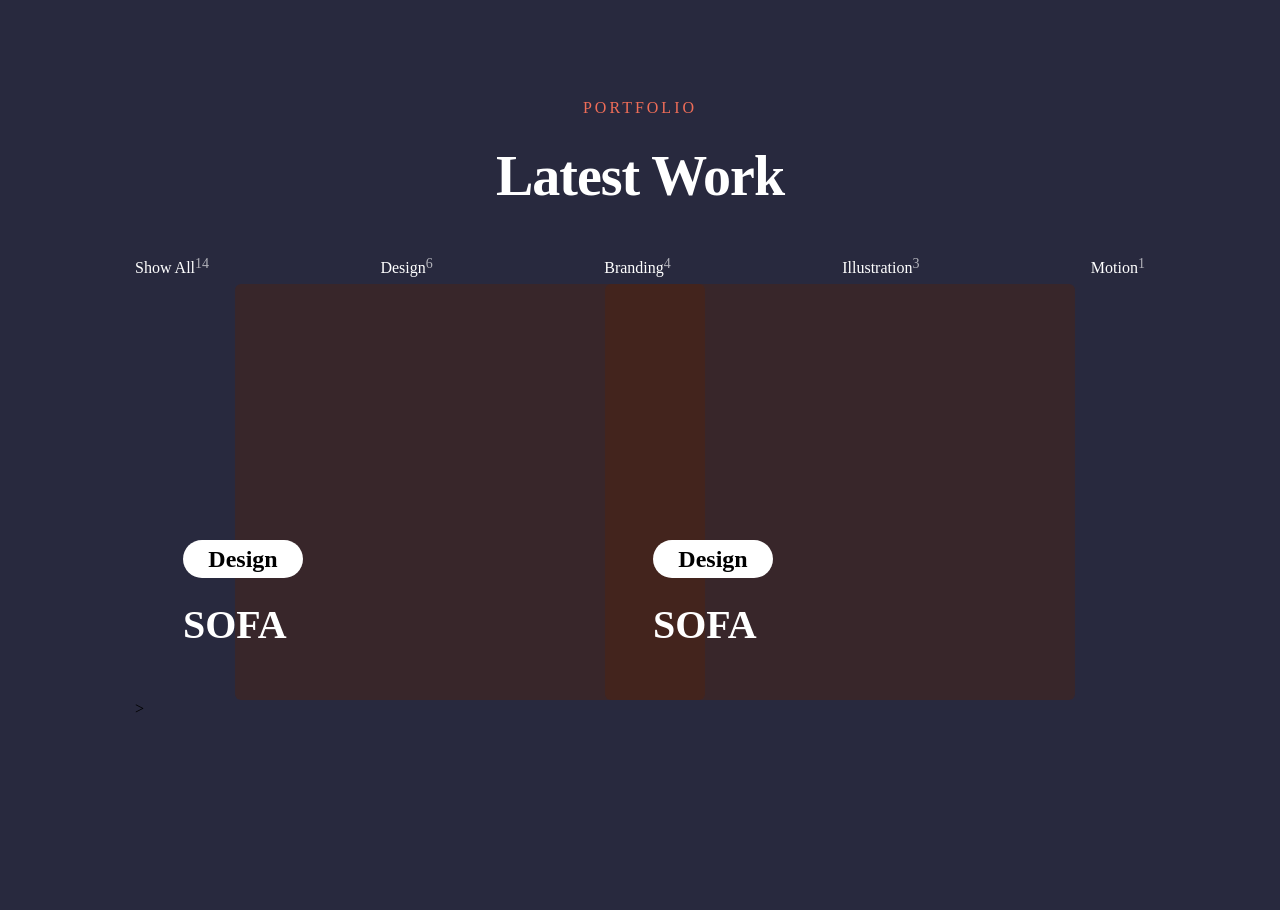
Repository: kubrazamanova/Position-3
Page: index.html
An editor plug-in stored every save of this project. The page is shown before and after the next save, followed by the edit.
The browser window is 1280 px wide. The pictures show the whole page.

Above is the page before, as saved 2023-10-21 11:11:29.

### index.html
<!DOCTYPE html>
<html lang="en">
  <head>
    <meta charset="UTF-8" />
    <meta name="viewport" content="width=device-width, initial-scale=1.0" />
    <link rel="stylesheet" href="index.css" />
    <title>Document</title>
  </head>
  <body>
    <div class="container">
      <div class="box-1">
        <h1>Portfolio</h1>
        <b>Latest Work</b>
      </div>

      <div class="number">
        <ul>
          <li>
            <p>Show All</p>
            <b>14</b>
          </li>

          <li>
            <p>Design</p>
            <b>6</b>
          </li>

          <li>
            <p>Branding</p>
            <b>4</b>
          </li>

          <li>
            <p>Illustration</p>
            <b>3</b>
          </li>

          <li>
            <p>Motion</p>
            <b>1</b>
          </li>
        </ul>
      </div>

<div class="image-container">
  <div class="box-1-container">
    <div class="box box-one">
      <img src="./image/01.svg" alt="" />
      <h2 class="design">Design</h2>
      <b>SOFA</b>
    </div>

    <div class="box box-two">
      <img src="./image/01.svg" alt="" />
      <h2 class="design">Design</h2>
      <b>SOFA</b>
    </div>


  </div>
  <div class="box-2-container">

  </div>
</div>



>
<!--
      <div class="bej-square">
        <img src="./image/02.svg" alt="" />
        <h2>Illustration</h2>

        <div class="bej-01">
          <b>Work Media</b>
        </div>
      </div> -->
    </div>
  </body>
</html>

### index.css
* {
  margin: 0;
  padding: 0;
  box-sizing: border-box;
}

.container {
  padding: 92px 135px 192px 135px;
  min-height: 100vh;
  background: #28293e;
}
.container .box-1 {
  display: flex;
  flex-direction: column;
}

.container .box-1 h1 {
  margin-bottom: 20px;
  color: var(--Text_Light_Accent, #ef6d58);
  text-align: center;
  font-family: Epilogue;
  font-size: 16px;
  font-style: normal;
  font-weight: 400;
  line-height: 32px;
  letter-spacing: 3px;
  text-transform: uppercase;
}

.container .box-1 b {
  color: var(--Text_Light, #fff);
  text-align: center;
  font-feature-settings: "clig" off, "liga" off;
  font-family: Epilogue;
  font-size: 56px;
  font-style: normal;
  font-weight: 800;
  line-height: 64px;
  letter-spacing: -1px;
}

.container .number ul {
  position: relative;
}
.container ul {
  margin-top: 44px;
  display: flex;
  justify-content: space-between;
}

.container ul li {
  display: flex;
  list-style-type: none;
}

.container ul li p {
  color: var(--Text_Light, #fff);
  font-feature-settings: "clig" off, "liga" off;
  font-family: Epilogue;
  font-size: 16px;
  font-style: normal;
  font-weight: 400;
  line-height: 32px;
}

.container ul li b {
  color: var(--Text_Light_Gray, rgba(255, 255, 255, 0.64));
  text-align: center;
  font-feature-settings: "clig" off, "liga" off;
  font-family: Epilogue;
  font-size: 14px;
  font-style: normal;
  font-weight: 400;
  line-height: 24px;
}





.box-33 {
  position: relative;
}

.bej-square {
  position: relative;
  top: 30px;
}

.bej-square h2 {
  width: 116px;
  height: 38px;
  border-radius: 19px;
  background: #fff;
  color: var(--Text_Dark, #391400);
  font-feature-settings: "clig" off, "liga" off;
  font-family: Epilogue;
  font-size: 16px;
  font-style: normal;
  font-weight: 400;
  line-height: 32px;
  display: flex;
  justify-content: center;
  position: absolute;
  bottom: 150px;
  left: 48px;
}

.bej-square .bej-01 b {
  color: var(--Text_Light, #fff);
  font-feature-settings: "clig" off, "liga" off;
  font-family: Epilogue;
  font-size: 40px;
  font-style: normal;
  font-weight: 800;
  line-height: 48px;
  position: relative;
  bottom: 70px;
  left: 48px;
}

.box-one{
  width: 470px;
height: 416px;
position: relative;
}
.box-one img{
  width: 470px;
height: 416px;
}

.box-two{
  width: 670px;
  height: 416px;
position: relative;
}
.box-one img{
  width: 670px;
  height: 416px
}
.container .box h2 {
  position: absolute;
  bottom: 122px;
  left: 48px;

  width: 120px;
  height: 38px;
  border-radius: 25px;
  background: #fff;
  display: flex;
  justify-content: center;
  align-items: center;
}
.container .box b {
  color: var(--Text_Light, #fff);
  font-feature-settings: "clig" off, "liga" off;
  font-family: Epilogue;
  font-size: 40px;
  font-style: normal;
  font-weight: 800;
  line-height: 48px;
  position: absolute;
  bottom: 51px;
  left: 48px;
}

.container .image-container .box-1-container{
  display: flex;
  justify-content: space-between;
}

After the next save:
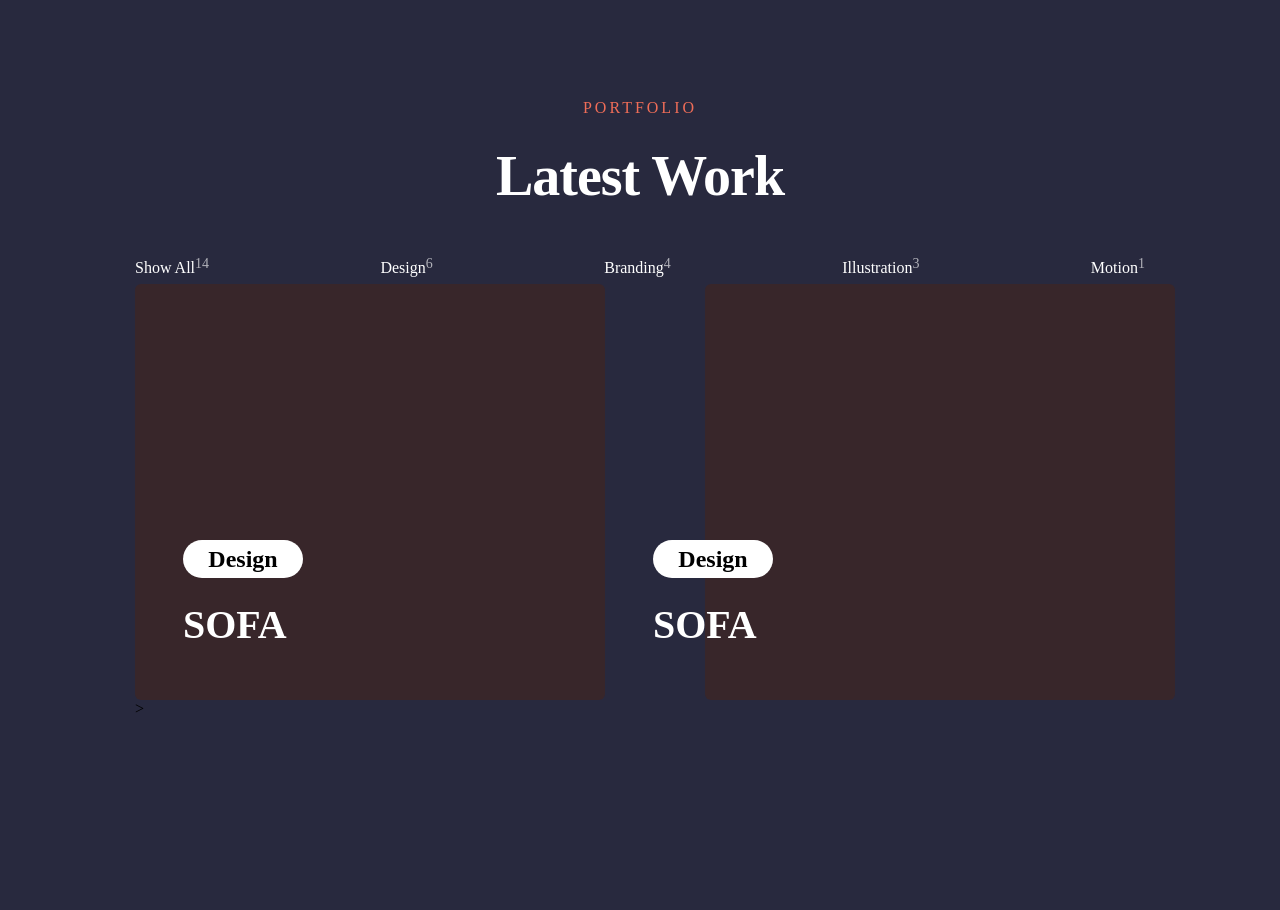
Saved 15 s later.
--- a/index.css
+++ b/index.css
@@ -134,7 +134,7 @@ height: 416px;
   height: 416px;
 position: relative;
 }
-.box-one img{
+.box-two img{
   width: 670px;
   height: 416px
 }
